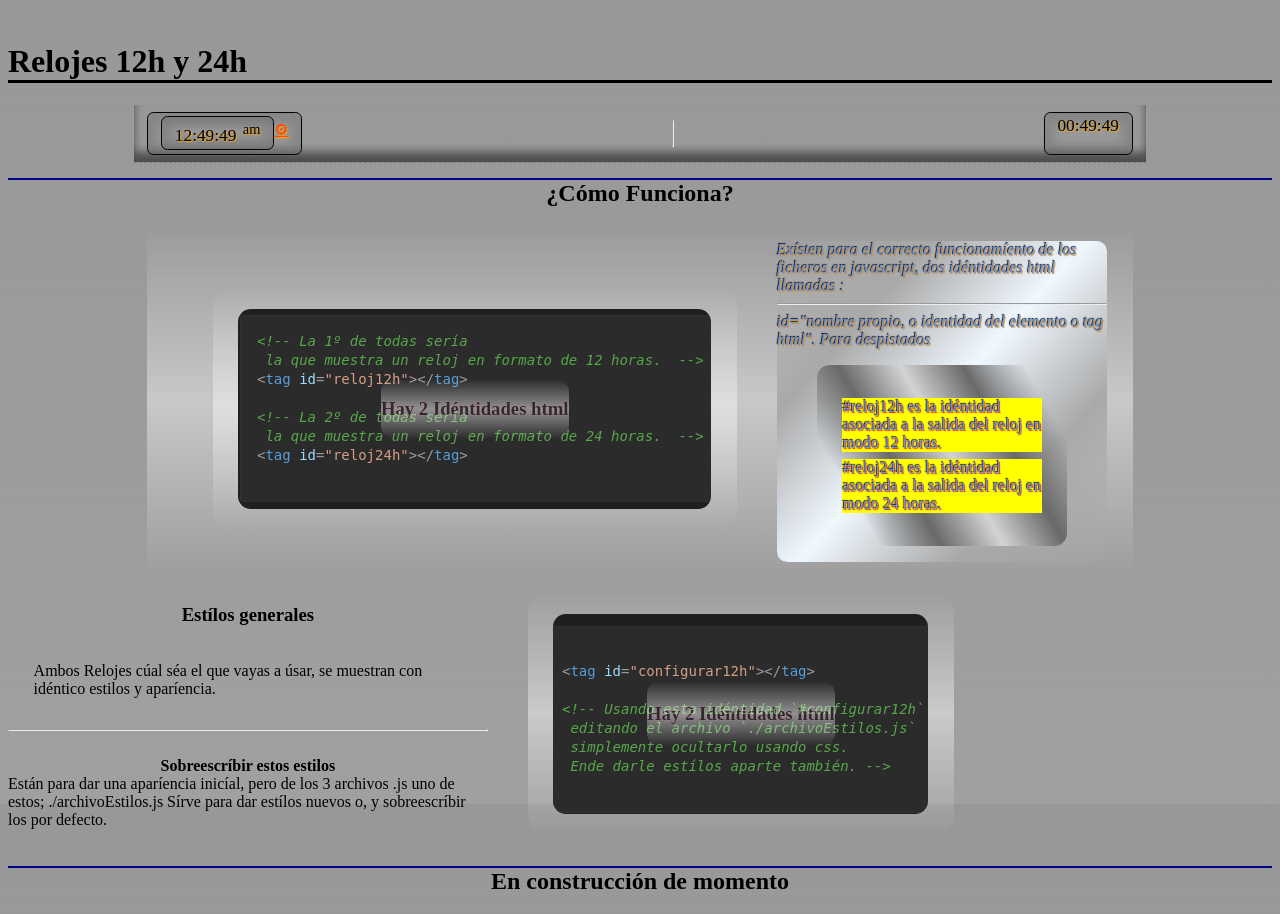
Repository: marcostonfor/clocks
Page: index.html
The author's editor kept a copy of each file at every save. The page is drawn from the files as they stood at one save, then again after a run of saves.
The browser window is 1280 px wide. The pictures show the whole page.

Above is the page before, as saved 2024-09-19 01:11:09.

After the next 2 saves:
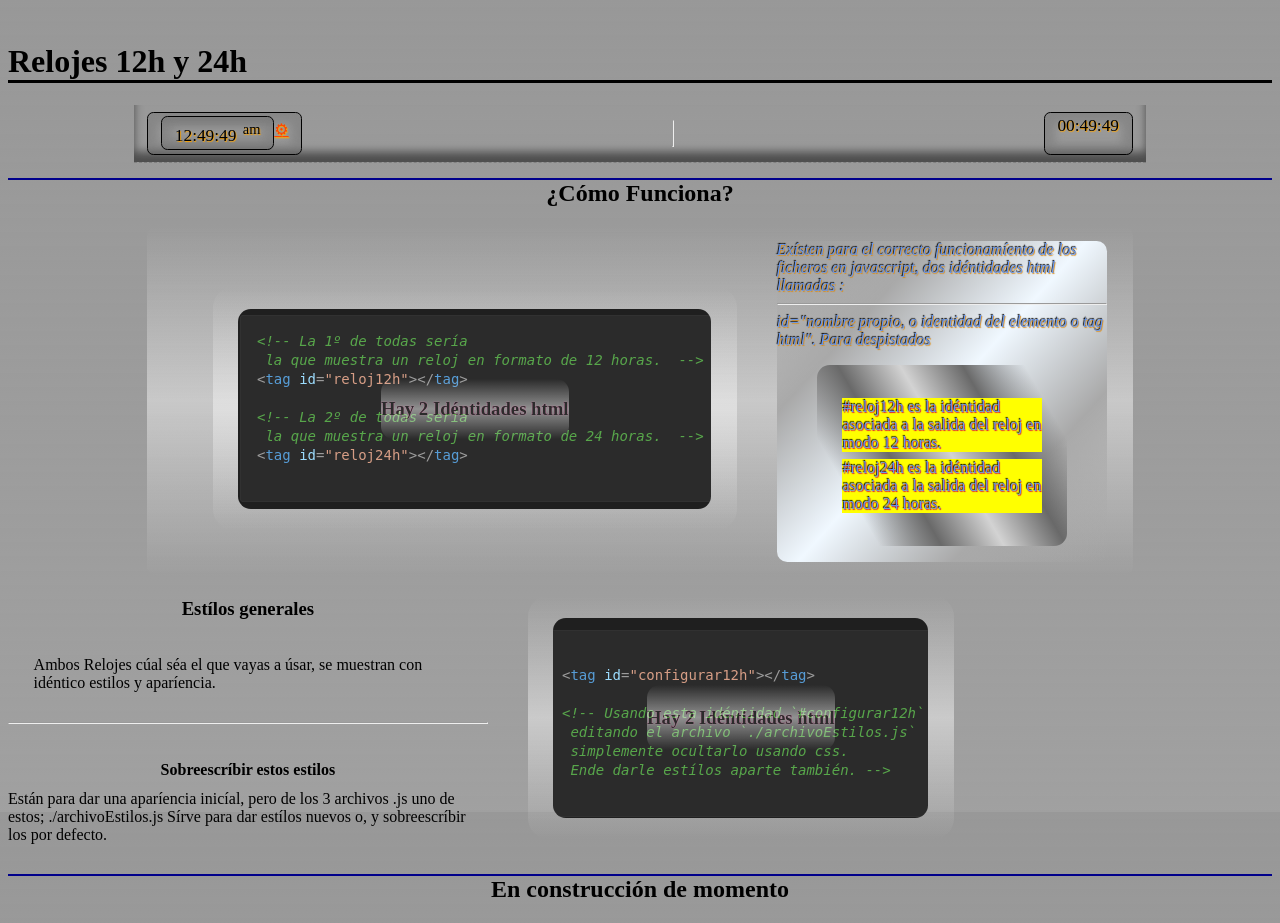
The 2 saves are shown as one change because they came seconds apart.
The last was saved 7 s later.
--- a/index.html
+++ b/index.html
@@ -132,7 +132,7 @@
         .hache3 {
             display: block !important;
             text-align: center;
-            margin: 1.;
+            margin: 1.5vh auto;
         }
     </style>
 </head>
